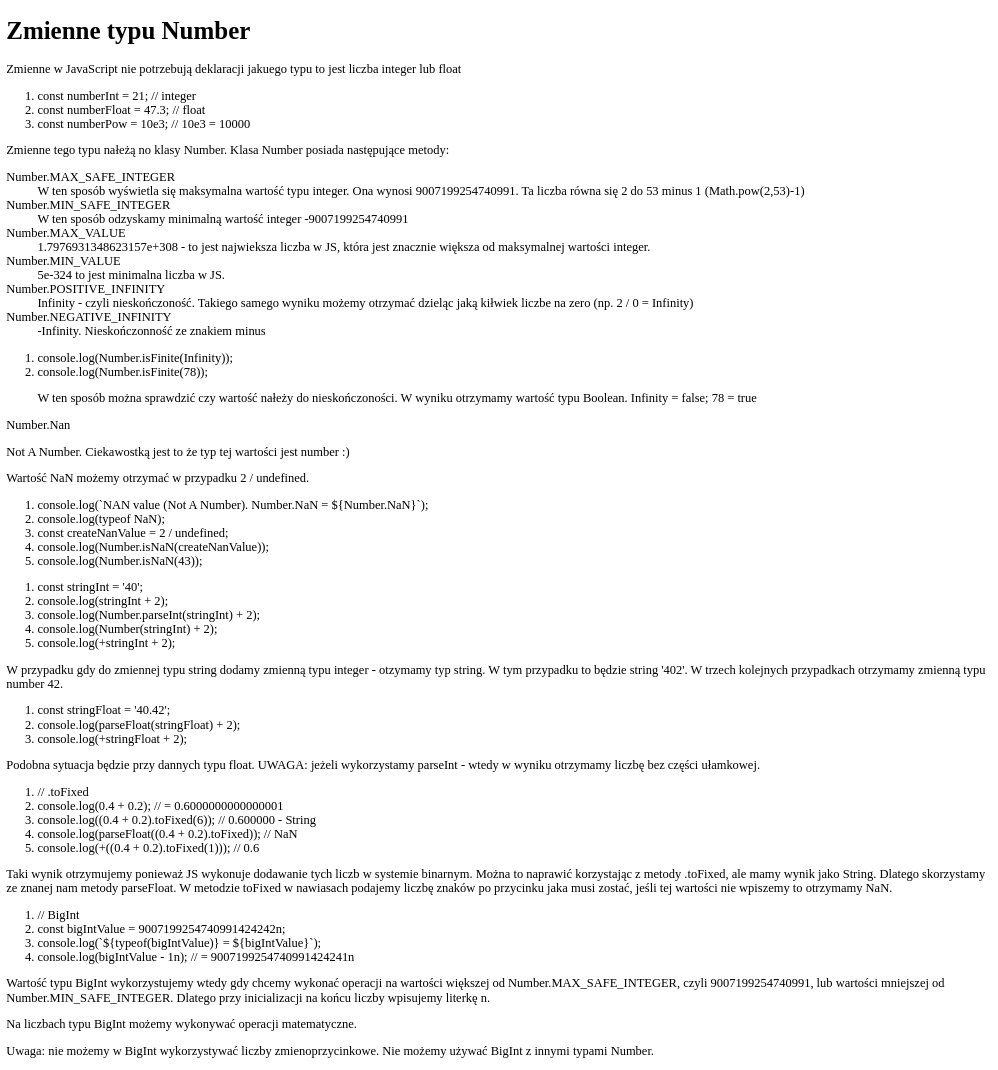
Repository: romanstetsiuk1/JS_learn
Page: number.html
An editor plug-in stored every save of this project. The page is shown before and after the next save, followed by the edit.
The browser window is 1280 px wide. The pictures show the whole page, at 78% of full size.

Above is the page before, as saved 2020-08-14 21:03:52.

### number.html
<!DOCTYPE html>
<html lang="en, pl">
<head>
  <meta charset="UTF-8">
  <title>Number variables</title>
</head>
<body>

  <main>
    <h1>Zmienne typu Number</h1>

    <article>
      <p>Zmienne w JavaScript nie potrzebują deklaracji jakuego typu to jest liczba integer lub float</p>
      <div class="vsCode">
        <ol>
          <li>const numberInt = 21;       // integer</li>
          <li>const numberFloat = 47.3;   // float</li>
          <li>const numberPow = 10e3;     // 10e3 = 10000</li>
        </ol>
      </div>
    </article>

    <article>
      <p>Zmienne tego typu nałeżą no klasy Number.
        Klasa Number posiada następujące metody:
      </p>
      <dl>
        <dt>Number.MAX_SAFE_INTEGER</dt>
        <dd>W ten sposób wyświetla się maksymalna wartość typu integer.
          Ona wynosi 9007199254740991. Ta liczba równa się 2 do 53 minus 1 (Math.pow(2,53)-1)
        </dd>

        <dt>Number.MIN_SAFE_INTEGER</dt>
        <dd>W ten sposób odzyskamy minimalną wartość integer -9007199254740991</dd>

        <dt>Number.MAX_VALUE</dt>
        <dd>1.7976931348623157e+308 - to jest najwieksza liczba w JS, która jest
          znacznie większa od maksymalnej wartości integer.
        </dd>

        <dt>Number.MIN_VALUE</dt>
        <dd>5e-324 to jest minimalna liczba w JS.</dd>

        <dt>Number.POSITIVE_INFINITY</dt>
        <dd>Infinity - czyli nieskończoność. Takiego samego wyniku
          możemy otrzymać dzieląc jaką kiłwiek liczbe na zero (np. 2 / 0 = Infinity)
        </dd>

        <dt>Number.NEGATIVE_INFINITY</dt>
        <dd>-Infinity. Nieskończonność ze znakiem minus</dd>

        <dt><div class="vsCode">
          <ol>
            <li>console.log(Number.isFinite(Infinity));</li>
            <li>console.log(Number.isFinite(78));</li>
          </ol>
        </div></dt>
        <dd>W ten sposób można sprawdzić czy wartość nałeży do nieskończoności. W
          wyniku otrzymamy wartość typu Boolean. Infinity = false; 78 = true
        </dd>

      </dl>
    </article>

    <article>
      <p>Number.Nan</p>
      <p>Not A Number. Ciekawostką jest to że typ tej wartości jest number :)</p>
      <p>Wartość NaN możemy otrzymać w przypadku 2 / undefined.</p>
      <div class="vsCode">
        <ol>
          <li>console.log(`NAN value (Not A Number). Number.NaN = ${Number.NaN}`);</li>
          <li>console.log(typeof NaN);</li>
          <li>const createNanValue = 2 / undefined;</li>
          <li>console.log(Number.isNaN(createNanValue));</li>
          <li>console.log(Number.isNaN(43));</li>
        </ol>
      </div>
    </article>

    <article>
      <div class="vsCode">
        <ol>
          <li>const stringInt = '40';</li>
          <li>console.log(stringInt + 2);</li>
          <li>console.log(Number.parseInt(stringInt) + 2);</li>
          <li>console.log(Number(stringInt) + 2);</li>
          <li>console.log(+stringInt + 2);</li>
        </ol>
      </div>
      <p>W przypadku gdy do zmiennej typu string dodamy zmienną typu integer - otzymamy
        typ string. W tym przypadku to będzie string '402'. W trzech kolejnych przypadkach
        otrzymamy zmienną typu number 42.
      </p>

      <div class="vsCode">
        <ol>
          <li>const stringFloat = '40.42';</li>
          <li>console.log(parseFloat(stringFloat) + 2);</li>
          <li>console.log(+stringFloat + 2);</li>
        </ol>
      </div>
      <p>Podobna sytuacja będzie przy dannych typu float. UWAGA: jeżeli
        wykorzystamy parseInt - wtedy w wyniku otrzymamy liczbę bez części ułamkowej.
      </p>
    </article>

    <article>
      <div class="vsCode">
        <ol>
          <li>// .toFixed</li>
          <li>console.log(0.4 + 0.2);     // = 0.6000000000000001</li>
          <li>console.log((0.4 + 0.2).toFixed(6));      // 0.600000 - String</li>
          <li>console.log(parseFloat((0.4 + 0.2).toFixed));  // NaN</li>
          <li>console.log(+((0.4 + 0.2).toFixed(1)));       // 0.6</li>
        </ol>
      </div>
      <p>Taki wynik otrzymujemy ponieważ JS wykonuje dodawanie tych liczb w systemie binarnym.
        Można to naprawić korzystając z metody .toFixed, ale mamy wynik jako String. Dlatego
        skorzystamy ze znanej nam metody parseFloat. W metodzie toFixed w nawiasach podajemy
        liczbę znaków po przycinku jaka musi zostać, jeśli tej wartości nie wpiszemy to otrzymamy NaN.
      </p>
    </article>

    <article>
      <div class="vsCode">
        <ol>
          <li>// BigInt</li>
          <li>const bigIntValue = 9007199254740991424242n;</li>
          <li>console.log(`${typeof(bigIntValue)} = ${bigIntValue}`);</li>
          <li>console.log(bigIntValue - 1n);    // = 9007199254740991424241n</li>
        </ol>
      </div>
      <p>Wartość typu BigInt wykorzystujemy wtedy gdy chcemy wykonać operacji na wartości większej
      od Number.MAX_SAFE_INTEGER, czyli 9007199254740991, lub wartości mniejszej od Number.MIN_SAFE_INTEGER.
      Dlatego przy inicializacji na końcu liczby wpisujemy literkę n.</p>
      <p>Na liczbach typu BigInt możemy wykonywać operacji matematyczne.</p>
      <p>Uwaga: nie możemy w BigInt wykorzystywać liczby zmienoprzycinkowe. Nie
        możemy używać BigInt z innymi typami Number.
      </p>
    </article>



  </main>

  <script src="les2.js"></script>
</body>
</html>

### les2.js
console.log('Welcome to lesson nr 2');


// Number
const numberInt = 21;       // integer
const numberFloat = 47.3;   // float
const numberPow = 10e3;     // 10e3 = 10000

console.log(`Type Integer: ${numberInt}`);
console.log(`Type Float: ${numberFloat}`);
console.log(`Pow (10e3): ${numberPow}`);

console.log(`Exist max value of Integer number. It is ${Number.MAX_SAFE_INTEGER}`);
console.log(`Exist min value of Integer number. It is ${Number.MIN_SAFE_INTEGER}`);

console.log(`Max integer value in Math is: Math.pow(2,53) - 1 = ${Math.pow(2,53) - 1}`)

console.log(`Max posible value in JS = ${Number.MAX_VALUE}`);
console.log(`Min posible value in JS = ${Number.MIN_VALUE}`);

console.log(`In JS exist positive infinity(Number.POSITIVE_INFINITY): ${Number.POSITIVE_INFINITY}\n
exemple infinity is number/0, like 2/0 = ${2/0}`);
console.log(`In JS exist negative infinity(Number.NEGATIVE_INFINITY): ${Number.NEGATIVE_INFINITY}`);


// Nan
console.log(`NAN value (Not A Number). Number.NaN = ${Number.NaN}`);
console.log(typeof NaN);
const createNanValue = 2 / undefined;
console.log(Number.isNaN(createNanValue));
console.log(Number.isNaN(43));

console.log(Number.isFinite(Infinity));
console.log(Number.isFinite(78));

const stringInt = '40';
console.log(stringInt + 2);
console.log(Number.parseInt(stringInt) + 2);
console.log(Number(stringInt) + 2);
console.log(+stringInt + 2);

const stringFloat = '40.42';
console.log(parseFloat(stringFloat) + 2);
console.log(+stringFloat + 2);

// .toFixed
console.log(0.4 + 0.2);     // = 0.6000000000000001
console.log((0.4 + 0.2).toFixed(6));      // 0.600000 - String
console.log(parseFloat((0.4 + 0.2).toFixed));  // NaN
console.log(+((0.4 + 0.2).toFixed(1)));       // 0.6


// BigInt
const bigIntValue = 9007199254740991424242n;
console.log(`${typeof(bigIntValue)} = ${bigIntValue}`);
console.log(bigIntValue - 1n);    // = 9007199254740991424241n


// Math
console.log(Math.E);
console.log(Math.PI);

console.log(Math.sqrt(25));   // 5
console.log(Math.pow(5, 3));  // 125
console.log(Math.abs(-42));   // 42
console.log(Math.max(12, -1, 46, 90, 128, 0));    // 128
console.log(Math.min(12, -1, 46, 90, 128, 0));    // -1
console.log(Math.floor(4.9));   // zaokrągla w dól = 4
console.log();

After the next save:
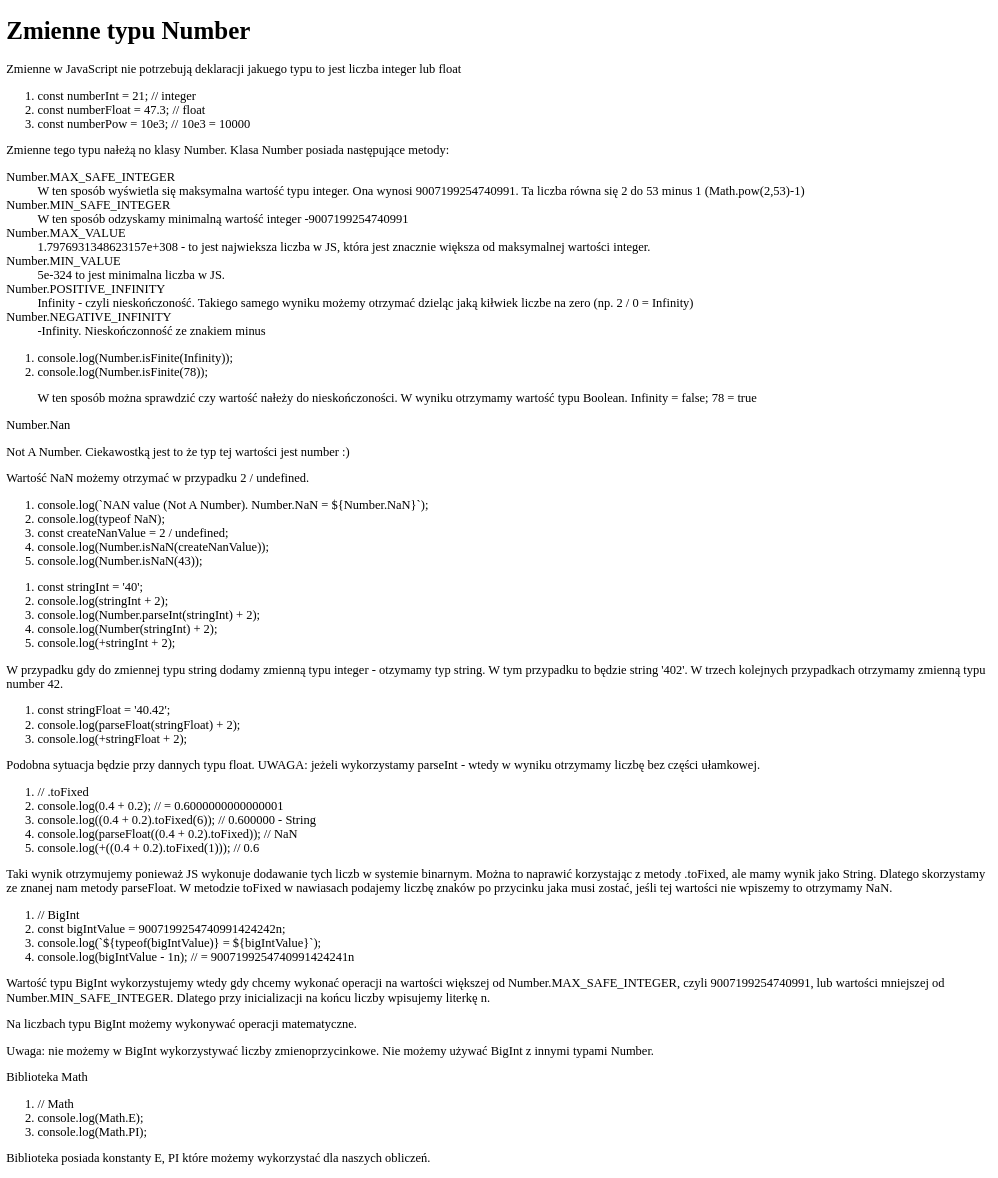
Saved 6 s later.
--- a/number.html
+++ b/number.html
@@ -139,6 +139,22 @@
       </p>
     </article>
 
+    <article>
+      <p>Biblioteka Math</p>
+      <div class="vsCode">
+        <ol>
+          <li>// Math</li>
+          <li>console.log(Math.E);</li>
+          <li>console.log(Math.PI);</li>
+        </ol>
+      </div>
+      <p>Biblioteka posiada konstanty E, PI które możemy wykorzystać dla naszych obliczeń.</p>
+
+      <div class="vsCode">
+
+      </div>
+    </article>
+
 
 
   </main>
